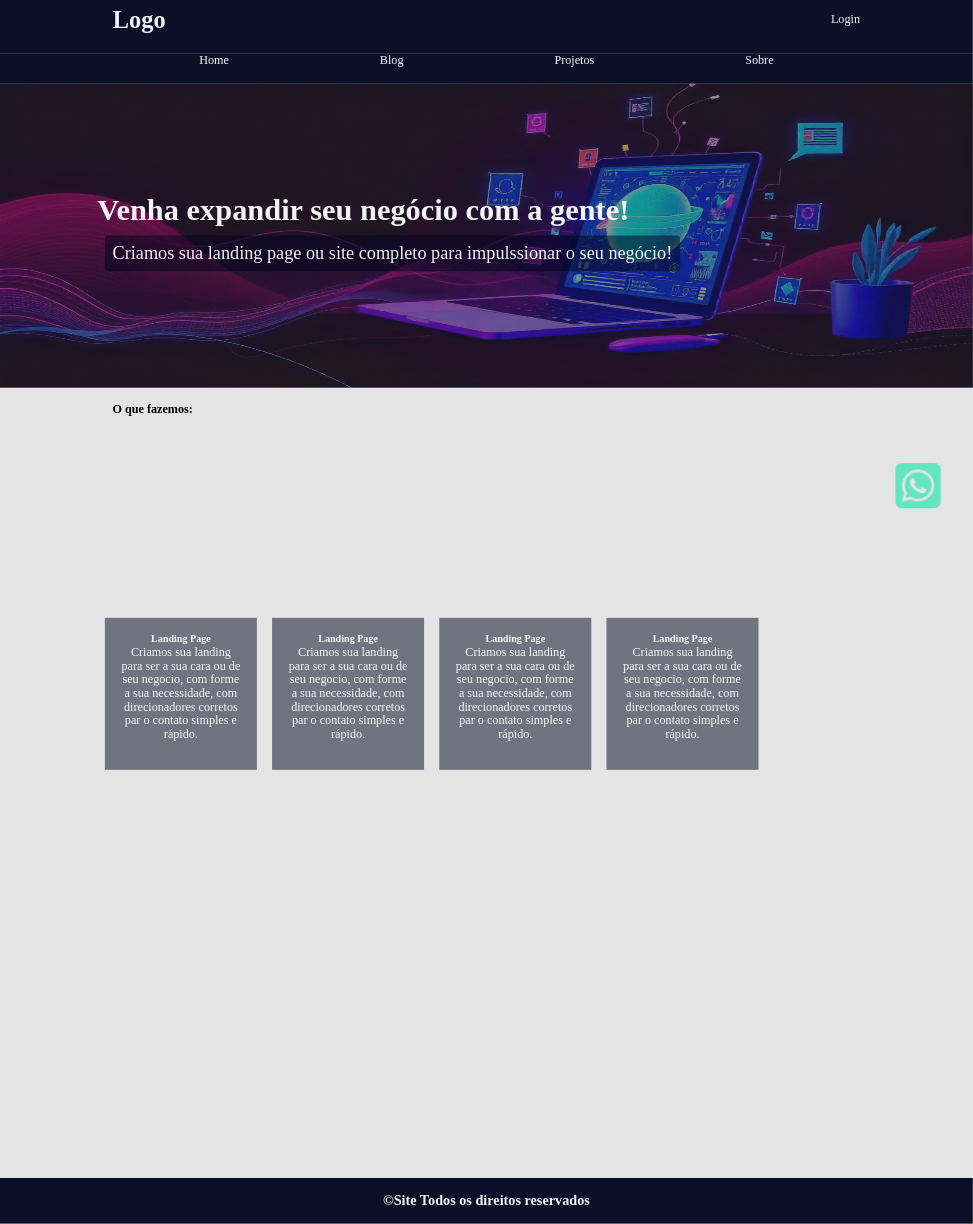
Repository: SauloMorais01/mysitefront-end
Page: index.html
These files come from the project's save history. The page is drawn as it stood at one moment and after the next save; the edit follows.
The browser window is 1280 px wide. The pictures show the whole page, at 76% of full size.
Some web libraries are served in a nearby version.

Above is the page before, as saved 2024-11-02 20:24:42.

### index.html
<!DOCTYPE html>
<html lang="pt-br">
<head>
    <meta charset="UTF-8">
    <meta name="viewport" content="width=device-width, initial-scale=1.0">
    <title>Titulo - status</title>
    <link rel="stylesheet" href="./src/css/style.css">
    <script src="./src/js/utils.js"></script>
    <script src="https://kit.fontawesome.com/0869671a59.js" crossorigin="anonymous"></script>
</head>
<body>
    <header class="primary-color hd-color-white">
        <div class="container">
            <div class="top-box flex">
                <div class="logo">
                    <a class="hd-color-white" href="/"><h1>Logo</h1></a>
                </div>
                <div class="login">
                    <a class="hd-color-white" href="/">Login</a>
                </div>
                <div class="hover-btn" id="hover-btn">
                    <i class="fa-solid fa-bars"></i>
                </div>
            </div>
        </div>
    </header>

    <section id="menu" class="sticky-top primary-color hd-color-white">
            <div class="container center">
                <a href="/">Home</a>
                <a href="./src/pages/blog.html">Blog</a>
                <a href="/">Projetos</a>
                <a href="/">Sobre</a>
            </div>
    </section>

    <section id="modal-mobile-menu" class="modal-mobile-menu hidden">
        <div class="container center">
            <div class="modal-div">
                <a class="hd-color-white" href="/">Home</a>
            </div>
            <div class="modal-div">
                <a class="hd-color-white" href="./src/pages/blog.html">Blog</a>
            </div>
           <div class="modal-div">
                <a class="hd-color-white" href="/">Projetos</a>
           </div>
            <div class="modal-div">
                <a class="hd-color-white" href="/">Sobre</a>
            </div>
        </div>
    </section>

    <main>
        <section class="info-top">
            <div class="container hd-color-white">
                <div class="info-top-top">
                    <h1>Venha expandir seu negócio com a gente!</h1>
                </div>
                <div class="info-top-p">
                    <p>Criamos sua landing page ou site completo para impulssionar o seu negócio!</p>
                </div>
            </div>
        </section>

        <section class="workflow">
            <div class="container">
                <div class="workflow-title">
                    <h4>O que fazemos:</h4>
                </div>

                <div class="workflow-content grid-temp">
                    <div class="box-workflow hd-color-white center">
                        <h5>Landing Page</h5>
                        <p>Criamos sua landing para ser a sua cara ou de seu negocio, com forme a sua necessidade, com direcionadores corretos par o contato simples e rápido.</p>
                    </div>

                    <div class="box-workflow hd-color-white center">
                        <h5>Landing Page</h5>
                        <p>Criamos sua landing para ser a sua cara ou de seu negocio, com forme a sua necessidade, com direcionadores corretos par o contato simples e rápido.</p>
                    </div>

                    <div class="box-workflow hd-color-white center">
                        <h5>Landing Page</h5>
                        <p>Criamos sua landing para ser a sua cara ou de seu negocio, com forme a sua necessidade, com direcionadores corretos par o contato simples e rápido.</p>
                    </div>

                    <div class="box-workflow hd-color-white center"><h5>Landing Page</h5>
                        <p>Criamos sua landing para ser a sua cara ou de seu negocio, com forme a sua necessidade, com direcionadores corretos par o contato simples e rápido.</p>
                    </div>
                </div>
            </div>
        </section>
    </main>

    <div class="divisor">

    </div>

    <footer class="primary-color center">
        <h3 class="hd-color-white">&copy;<strong>Site</strong> Todos os direitos reservados</h3>
    </footer>

    <div class="whatsapp-icon">
        <a href="https://wa.me/qr/ADJPBWX6RRFOD1"><img src="./src/img/icone/square-whatsapp-brands-solid.svg"></img></a>
    </div>

    <script src="./src/js/main.js"></script>

    <script>
        app.update();
    </script>


</body>
</html>

### src/css/style.css
/* Primary configs */
:root {
    /* Colors */
    /* Bases */
    --primary-color: 234, 94%, 6%,;
    --secondary-color: 184, 86%, 66%,;
    --body-color: 0, 0%, 89%,;
    --white-color: 0, 0%, 100%,;
    --black-color: 0, 0%, 0%,;
    /* End Bases */

    /* Variations colors */
    --primary-color-normal: hsla(var(--primary-color) 0.95);
    --primary-color-medium: hsla(var(--primary-color) 0.5);
    --primary-color-light: hsla(var(--primary-color) 0.250);

    --secondary-color-normal: hsla(var(--secondary-color) 0.95);
    --secondary-color-medium: hsla(var(--secondary-color) 0.5);
    --secondary-color-light: hsla(var(--secondary-color) 0.250);

    --body-color-normal: hsla(var(--body-color) 0.95);
    --body-color-medium: hsla(var(--body-color) 0.5);
    --body-color-light: hsla(var(--body-color) 0.250);

    --black-color-normal: hsla(var(--black-color) 0.95);
    --black-color-medium: hsla(var(--black-color) 0.5);
    --black-color-light: hsla(var(--black-color) 0.250);

    --white-color-normal: hsla(var(--white-color) 0.95);
    --white-color-medium: hsla(var(--white-color) 0.5);
    --white-color-light: hsla(var(--white-color) 0.250);
    /* End variations colors */
    /* End Colors */

    /* Conf Sizes */
    --container-larger-l: 80%;
    --container-larger-m: 80%;
    --container-larger-s: 80%;
    --container-tablet: 90%;
    --container-small-d: 95%;
    --grid-width: 300px;
    --grid-height: 300px;
    /* End conf Sizes */
}

/* Global */
* {
    box-sizing: border-box;
    margin: 0;
    padding: 0;
}
/* End global */

/* pagina */
body {
    background: var(--body-color-normal);
    height: 100%;
}

html {
    height: 100%;
}

a {
    list-style: none;
    text-decoration: none;
}


main {
    height: 100vh;
}

footer {
    height: 60px;
}

footer h3 {
    padding-top: 1.2rem;
}

.modal-mobile-menu {
    height: 90vh;
    width: 90vw;
    padding-top: 20px;
    /* background: var(--white-color-normal); */
    background-image: linear-gradient(180deg, #303657, #444963);
    position: absolute;
    top: 5%;
    right: 5%;
    z-index: 1000;
    border-radius: 10px;
    border: 5px solid var(--secondary-color-normal);
    display: flex;
    flex-direction: row;
    justify-content: space-between;
}

.modal-div {
    background: var(--primary-color-light);
    margin: 10px 2.5%;
    padding: 10px;
    border-radius: 5px;
}

.modal-mobile-menu a {
    font-family: Impact, Haettenschweiler, 'Arial Narrow Bold', sans-serif;
    position: relative;
}

.menuAnimation {
    animation-duration: 0.25s;
    animation-name: menuAnim;
}

.menuAnimationRev {
    animation-duration: 0.25s;
    animation-name: menuAnimReverse;
}

.whatsapp-icon {
    position: fixed;
    bottom: 6%;
    right: 3%;
}

.whatsapp-icon img {
    width: 68px;
    height: 68px;
    animation-duration: 1s;
    animation-name: esvanecer;
    animation-iteration-count: infinite;
}

.workflow {
    margin-top: 20px;
}

.workflow-title {
    margin-left: 20px;
    margin-top: 20px;
}

.box-workflow {
    height: 200px;
    width: 200px;
    margin: 10px;
    background-color:var(--primary-color-medium);
    padding: 20px;
    margin-top: 20px;
}

.divisor {
    height: 100vh;
}

footer {
    clear: both;
    width: 100%;
    bottom: 0;
}

/* Animation */
@keyframes menuAnim {
    from {
        right: -100%;
      }

      to {
        right: 5%;
      }
}

@keyframes menuAnimReverse {
    from {
        right: 5%;
      }

      to {
        right: -100%;
      }
}

@keyframes esvanecer {
    0% {
        opacity: 100%;
      }

      50% {
        opacity: 50%;
      }

      100% {
        opacity: 100%;
      }
}

/* end pagina */

/* Utils */
.flex {
    display: flex;
}

.sticky-top {
    position: sticky;
    top: 0;
}

.center {
    text-align: center;
}

.right {
    text-align: right;
}

.left {
    text-align: left;
}

.grid-temp {
    height: 100vh;
    display: flex;
    flex-direction: row;
    flex-wrap: wrap;
    align-items:center;
    /* justify-content: center; */
}

.primary-color{
    background: var(--primary-color-normal);
}

.secondary-color{
    background: var(--secondary-color-normal);
}

.hd-color-black {
    color: var(--black-color-normal);
}

.hd-color-white {
    color: var(--white-color-normal);
}

.hidden {
    display: none;
}
/* End utils */



/* Responsividade */
@media (max-width: 575.99px) {
    .container {
        margin: 0 auto;
        width: var(--container-small-d);
    }

    header {
        height: 40px;
    }

    #menu {
        height: 40px;
        display:none;
    }

    #menu a {
        color: var(--white-color-normal);
        margin: 5px 2%;
        padding: 10px 5%;
    }

    #menu a:hover {
        background-color: var(--secondary-color-light);
        border-radius: 5px;
    }

    .hover-btn {
        position: absolute;
        right: 1rem;
        padding-top: 10px;
    }

    .hover-btn:hover {
        background: var(--primary-color-light);
        cursor: pointer;
    }

    .top-box {
        position: relative;
        padding-top: 2px;
    }

    .logo {
        position: absolute;
        left: 1%;
        font-size: 0.8rem;
    }

    .login {
        position: absolute;
        margin-top: 2px;
        right: 1%;
        display: none;
    }

    /* Main */
    .info-top{
        /* background: #4f0c6e; */
        height: 250px;
        background-image: linear-gradient(50deg, #2222227a, #2222227a), url(../img/freepik__generate-images-about-web-development__7459.jpeg);
        background-position: center;
        background-size: 100% 100%;
        display: flex;
        align-items: center;
        justify-content: center;
        /* background-repeat: no-repeat; */
    }

    .info-top h1 {
        font-size: 1.25rem;
    }

    .info-top p {
        text-align: center;
        font-size: 0.8rem;
        width: fit-content;
        font-size: 0.8rem;
        background: var(--primary-color-medium);
        border-radius: 5px;
        padding: 10px;
        font-family: Impact, Haettenschweiler, 'Arial Narrow Bold', sans-serif;
    }
}

@media (min-width: 576px) {
    .container {
        margin: 0 auto;
        width: var(--container-small-d);
    }

    header {
        height: 40px;
    }

    #menu {
        height: 40px;
        display:none;
    }

    #menu a {
        color: var(--white-color-normal);
        margin: 5px 2%;
        padding: 10px 5%;
    }

    #menu a:hover {
        background-color: var(--secondary-color-light);
        border-radius: 5px;
    }

    .top-box {
        position: relative;
        padding-top: 3px;
    }

    .logo {
        position: absolute;
        left: 1%;
        font-size: 0.8rem;
    }

    .login {
        position: absolute;
        margin-top: 3px;
        right: 1%;
        display: none;
    }

    .hover-btn {
        position: absolute;
        right: 1rem;
        padding-top: 10px;
    }

    .hover-btn:hover {
        background: var(--primary-color-light);
        cursor: pointer;
    }

    .top-box {
        position: relative;
        padding-top: 2px;
    }

    /* Main */
    .info-top{
        /* background: #4f0c6e; */
        height: 250px;
        background-image: linear-gradient(50deg, #2222227a, #2222227a), url(../img/freepik__generate-images-about-web-development__7459.jpeg);
        background-position: center;
        background-size: 100% 100%;
        display: flex;
        align-items: center;
        justify-content: center;
        /* background-repeat: no-repeat; */
    }

    .info-top h1 {
        font-size: 1.25rem;
    }

    .info-top p {
        text-align: center;
        width: fit-content;
        font-size: 0.8rem;
        background: var(--primary-color-medium);
        border-radius: 5px;
        padding: 10px;
    }
}

/* Medium devices (tablets, 768px and up) */
@media (min-width: 768px) {
    .container {
        margin: 0 auto;
        width: var(--container-tablet);
    }

    header {
        height: 50px;
    }

    #menu {
        height: 40px;
        display:none;
    }

    #menu a {
        color: var(--white-color-normal);
        margin: 5px 3%;
        padding: 10px 5%;
    }

    #menu a:hover {
        background-color: var(--secondary-color-light);
        border-radius: 5px;
    }

    .top-box {
        position: relative;
        padding-top: 6px;
    }

    .logo {
        position: absolute;
        left: 2%;
        font-size: 1rem;
    }

    .login {
        position: absolute;
        margin-top: 6px;
        right: 2%;
        display: none;
    }

    .hover-btn {
        position: absolute;
        right: 1rem;
        padding-top: 10px;
    }

    .hover-btn:hover {
        background: var(--primary-color-light);
        cursor: pointer;
    }

    .top-box {
        position: relative;
        padding-top: 2px;
    }

    /* Main */
    .info-top{
        /* background: #4f0c6e; */
        height: 300px;
        background-image: linear-gradient(50deg, #2222227a, #2222227a), url(../img/freepik__generate-images-about-web-development__7459.jpeg);
        background-position: center;
        background-size: 100% 100%;
        display: flex;
        align-items: center;
        justify-content: center;
        /* background-repeat: no-repeat; */
    }

    .info-top h1 {
        font-size: 1.5rem;
    }

    .info-top p {
        margin: 10px;
        font-size: 1.0rem;
    }
}

/* Large devices (desktops, 992px and up) */
@media (min-width: 992px) {
    .container {
        margin: 0 auto;
        width: var(--container-larger-s);
    }

    header {
        height: 60px;
    }

    #menu {
        height: 40px;
        display: block;
    }

    #menu a {
        color: var(--white-color-normal);
        margin: 5px 4%;
        padding: 10px 5%;
    }

    #menu a:hover {
        background-color: var(--secondary-color-light);
        border-radius: 5px;
    }

    .top-box {
        position: relative;
        padding-top: 8px;
    }

    .logo {
        position: absolute;
        left: 2%;
    }

    .login {
        position: absolute;
        margin-top: 8px;
        right: 2%;
        display: block;
    }

    .hover-btn {
        position: absolute;
        right: 1rem;
        padding-top: 10px;
        display: none;
        padding: 10px;
    }

    .hover-btn:hover {
        background: var(--primary-color-light);
        cursor: pointer;
    }


    /* Main */
    .info-top{
        /* background: #4f0c6e; */
        height: 350px;
        background-image: linear-gradient(50deg, #2222227a, #2222227a), url(../img/freepik__generate-images-about-web-development__7459.jpeg);
        background-position: center;
        background-size: 100% 100%;
        display: flex;
        align-items: center;
        justify-content: center;
        /* background-repeat: no-repeat; */
    }

    .info-top h1 {
        font-size: 2.0rem;
    }

    .info-top p {
        font-size: 1.0rem;
    }
}

/* X-Large devices (large desktops, 1200px and up) */
@media (min-width: 1200px) {
    .container {
        margin: 0 auto;
        width: var(--container-larger-m);
    }

    header {
        height: 70px;
    }

    #menu {
        height: 40px;
        display: block;
    }

    #menu a {
        color: var(--white-color-normal);
        margin: 5px 4.5%;
        padding: 10px 5%;
    }

    #menu a:hover {
        background-color: var(--secondary-color-light);
        border-radius: 5px;
    }

    .top-box {
        position: relative;
        padding-top: 8px;
    }

    .logo {
        position: absolute;
        left: 2%;
    }

    .login {
        position: absolute;
        margin-top: 8px;
        right: 2%;
    }

    /* Main */
    .info-top{
        /* background: #4f0c6e; */
        height: 400px;
        background-image: linear-gradient(50deg, #2222227a, #2222227a), url(../img/freepik__generate-images-about-web-development__7459.jpeg);
        background-position: center;
        background-size: 100% 100%;
        display: flex;
        align-items: center;
        justify-content: center;
        /* background-repeat: no-repeat; */
    }

    .info-top h1 {
        font-size: 2.5rem;
    }

    .info-top p {
        font-size: 1.5rem;
    }
}

/* XX-Large devices (larger desktops, 1400px and up) */
@media (min-width: 1400px) {
    .container {
        margin: 0 auto;
        width: var(--container-larger-l);
    }

    header {
        height: 75px;
    }

    #menu {
        height: 40px;
        display: block;
    }

    #menu a {
        color: var(--white-color-normal);
        margin: 5px 5%;
        padding: 10px 5%;
        font-family: 'Trebuchet MS', 'Lucida Sans Unicode', 'Lucida Grande', 'Lucida Sans', Arial, sans-serif;
        font-weight: bold;
    }

    #menu a:hover {
        background-color: var(--secondary-color-light);
        border-radius: 5px;
    }

    .top-box {
        position: relative;
        padding-top: 10px;
    }

    .logo {
        position: absolute;
        left: 2%;
    }

    .login {
        position: absolute;
        margin-top: 10px;
        right: 2%;
    }

    /* Main */
    .info-top{
        /* background: #4f0c6e; */
        height: 400px;
        background-image: linear-gradient(50deg, #2222227a, #2222227a), url(../img/freepik__generate-images-about-web-development__7459.jpeg);
        background-position: center;
        background-size: 100% 100%;
        display: flex;
        align-items: center;
        justify-content: center;
        /* background-repeat: no-repeat; */
    }

    .info-top h1 {
        font-size: 2.5rem;
        font-family: monospace;
    }

    .info-top p {
        font-size: 1.5rem;
        font-family: Impact, Haettenschweiler, 'Arial Narrow Bold', sans-serif;
    }
}
/* End responsividade */

### src/js/utils.js
class MenuController {
    /**
     * @param {HTMLElement} btnMenu
     * @param {HTMLElement} menuHover
     */
    constructor(btnMenu, menuHover) {
        this.btnMenuRoot = btnMenu
        this.menuHoverRoot = menuHover;
    }

    /**
     * @returns {HTMLElement} menuHover
     */
    get menuHoverRoot() {
        return this._menuHover
    }

    /**
     * @param {HTMLElement} root
     */
    set menuHoverRoot(root) {
        return this._menuHover = root;
    }

    /**
     * @returns {HTMLElement} btnMenu
     */
    get btnMenuRoot() {
        return this._btnMenu
    }

    /**
     * @param {HTMLElement} root
     */
    set btnMenuRoot(root) {
        return this._btnMenu = root;
    }

    /**
     * @returns {void}
     */
    showMenu() {
        this.btnMenuRoot.onclick = () => {
            if(this.menuHoverRoot.classList.contains('hidden')) {
                this.menuHoverRoot.classList.remove('hidden');
                this.menuHoverRoot.classList.add('menuAnimation');
                this.menuHoverRoot.classList.remove('menuAnimationRev');
            } else {
                this.menuHoverRoot.classList.remove('menuAnimation');
                this.menuHoverRoot.classList.add('menuAnimationRev');
                return setTimeout(() => {
                    this.menuHoverRoot.classList.add(`hidden`);
                }, 235);
            }
            clearTimeout(this);
        }
    }
}

### src/js/main.js
class Main {
    constructor() {
        this.btnMenu = document.getElementById('hover-btn');
        this.hoverMenu = document.getElementById('modal-mobile-menu');
        this.menuController = new MenuController(this.btnMenu, this.hoverMenu);
    }

    /**
     * @param {HTMLElement} root
     */
    set btnMenu(root) {
        return this._menuBtn = root;
    }

    /**
     * @returns {HTMLElement} btnMenu
     */
    get btnMenu() {
        return this._menuBtn
    }

    /**
     * @param {HTMLElement} root
     */
    set hoverMenu(root) {
        return this._hoverMenu = root;
    }

    /**
     * @returns {HTMLElement} hoverMenu
     */
    get hoverMenu() {
        return this._hoverMenu
    }


    update() {
        this.menuController.showMenu();
    }
}


const app = new Main();

After the next save:
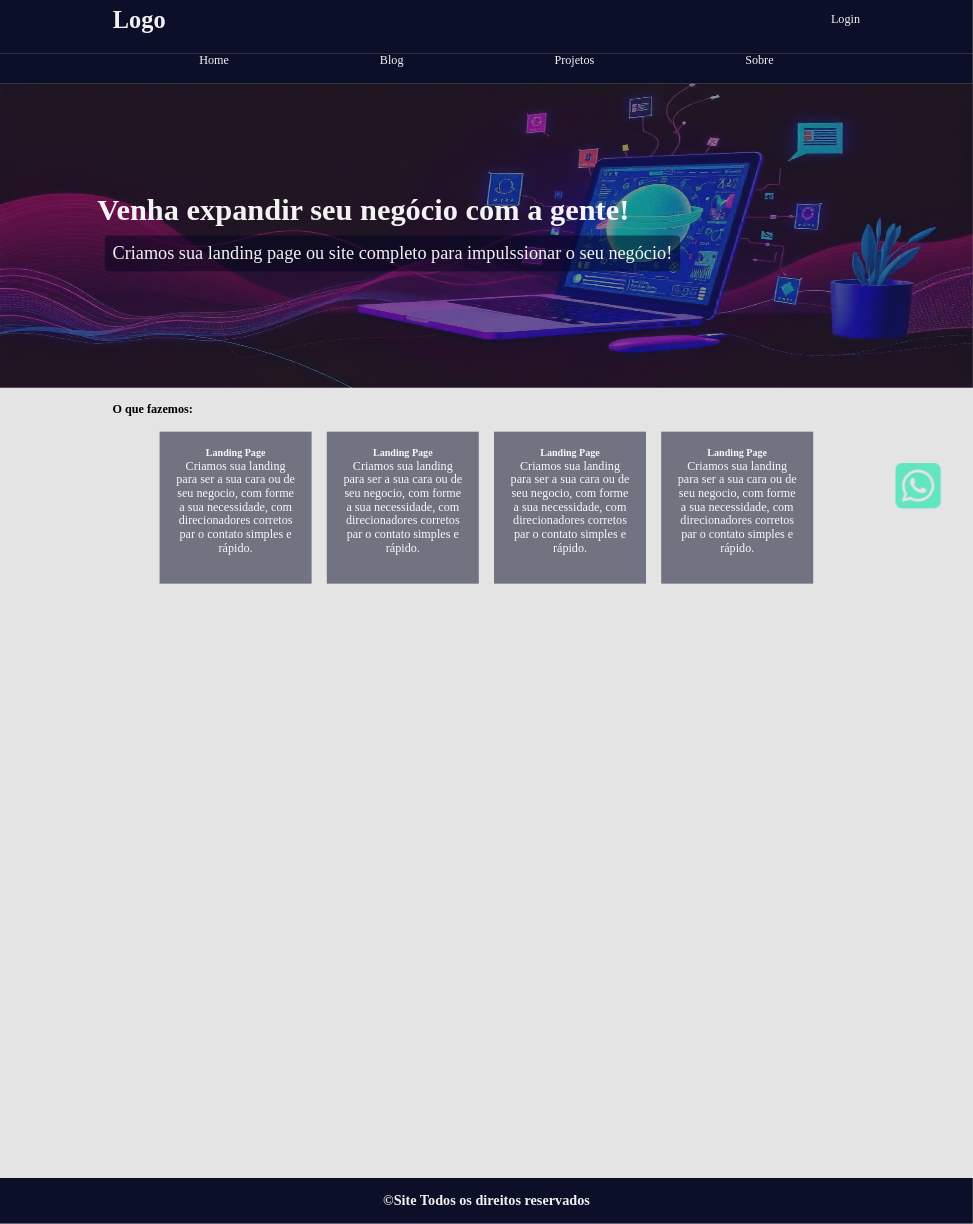
Saved 9 s later.
--- a/src/css/style.css
+++ b/src/css/style.css
@@ -224,8 +224,8 @@ footer {
     display: flex;
     flex-direction: row;
     flex-wrap: wrap;
-    align-items:center;
-    /* justify-content: center; */
+    /* align-items:center; */
+    justify-content: center;
 }
 
 .primary-color{
